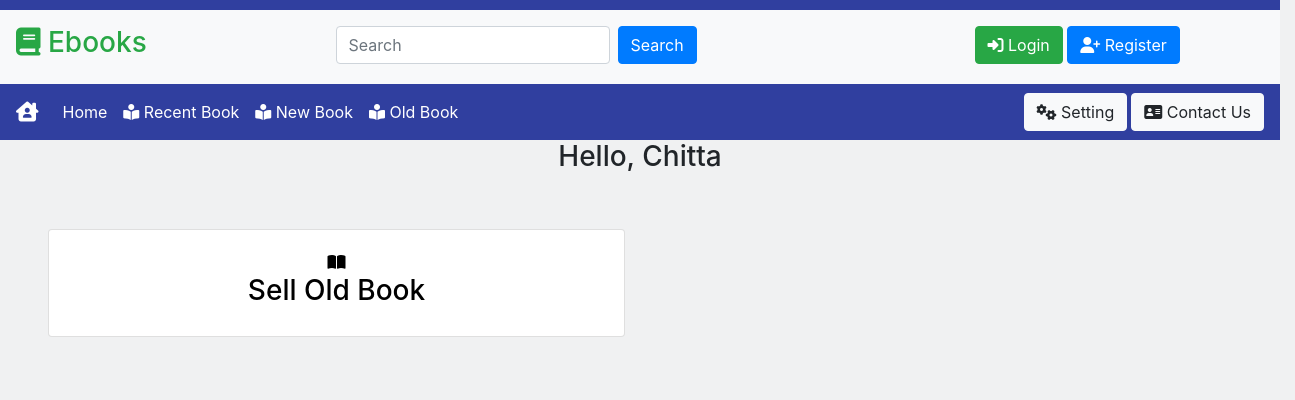
Repository: chittaranjan24/E-Books_Management_System
Page: http://localhost/Ebook-App/setting.jsp
These files come from the project's save history. The page is drawn as it stood at one moment and after the next save; the edit follows.
The browser window is 1280 px wide. The page is 1295 px wide, so the pictures cover 1295 px, including what lies to the right of the window. The pictures show the whole page.
Some web libraries are served in a nearby version. The page is served by Tomcat 9. Other server files are loaded and not shown.

Above is the page before, as saved 2023-08-31 09:56:42.

### Ebook-App/src/main/webapp/setting.jsp
<%@ page language="java" contentType="text/html; charset=ISO-8859-1"
	pageEncoding="ISO-8859-1"%>
<!DOCTYPE html>
<html>
<head>
<meta charset="ISO-8859-1">
<title>Setting</title>
<%@include file="all_component/allCss.jsp"%>

<style type="text/css">
a{
text-decoration: none;
color:black;
}
a:hover{
text-decoration :none;
}
</style>

</head>
<body style="background-color: #f0f1f2;">
	<%@include file="all_component/navbar.jsp"%>

	<div class="comtainer">
		<h3 class="text-center">Hello, Chitta</h3>
		<div class="row p-5">
			<div class="col-md-6">
				<a href="">
					<div class="card">
						<div class="card-body text-center">
							<i class="fas fa-book-open"></i>
							<h3>Sell Old Book</h3>
						</div>
					</div>
				</a>
			</div>
		</div>
	</div>

</body>
</html>

### Ebook-App/src/main/webapp/all_component/allCss.jsp
<link rel="stylesheet"
	href="https://cdn.jsdelivr.net/npm/bootstrap@4.0.0/dist/css/bootstrap.min.css"
	integrity="sha384-Gn5384xqQ1aoWXA+058RXPxPg6fy4IWvTNh0E263XmFcJlSAwiGgFAW/dAiS6JXm"
	crossorigin="anonymous">


<script src="https://code.jquery.com/jquery-3.2.1.slim.min.js"
	integrity="sha384-KJ3o2DKtIkvYIK3UENzmM7KCkRr/rE9/Qpg6aAZGJwFDMVNA/GpGFF93hXpG5KkN"
	crossorigin="anonymous"></script>
<script
	src="https://cdn.jsdelivr.net/npm/popper.js@1.12.9/dist/umd/popper.min.js"
	integrity="sha384-ApNbgh9B+Y1QKtv3Rn7W3mgPxhU9K/ScQsAP7hUibX39j7fakFPskvXusvfa0b4Q"
	crossorigin="anonymous"></script>
<script
	src="https://cdn.jsdelivr.net/npm/bootstrap@4.0.0/dist/js/bootstrap.min.js"
	integrity="sha384-JZR6Spejh4U02d8jOt6vLEHfe/JQGiRRSQQxSfFWpi1MquVdAyjUar5+76PVCmYl"
	crossorigin="anonymous"></script>


<link rel="stylesheet"
	href="https://cdnjs.cloudflare.com/ajax/libs/font-awesome/6.4.2/css/all.min.css"
	integrity="sha512-z3gLpd7yknf1YoNbCzqRKc4qyor8gaKU1qmn+CShxbuBusANI9QpRohGBreCFkKxLhei6S9CQXFEbbKuqLg0DA=="
	crossorigin="anonymous" referrerpolicy="no-referrer" />


<link rel="stylesheet" href="all_component/style.css">

### Ebook-App/src/main/webapp/all_component/navbar.jsp
<%@ taglib prefix="c" uri="http://java.sun.com/jsp/jstl/core"%>
<%@page isELIgnored="false" %>

<div class="container-fluid"
	style="height: 10px; background-color: #303f9f"></div>

<div class="container-fluid p-3 bg-light">
	<div class="row">
		<div class="col-md-3 text-success">
			<h3>
				<i class="fa-solid fa-book"></i> Ebooks
			</h3>
		</div>
		<div class="col-md-6">
			<form class="form-inline my-2 my-lg-0" action="search.jsp" method="post">
				<input class="form-control mr-sm-2" type="search" name="ch"
					placeholder="Search" aria-label="Search">
				<button class="btn btn-primary my-2 my-sm-0" type="submit">Search</button>
			</form>
		</div>

		<c:if test="${not empty userobj }">

		<div class="col-md-3">

		<a href="checkout.jsp"><i class="fa-solid fa-cart-arrow-down fa-2x"></i></a>

			<button class="btn btn-success">
			<i class="fa-solid fa-circle-user"></i> ${userobj.name}</button>

			<a href="logout" class="btn btn-primary text-white">
			<i class="fa-solid fa-power-off"></i> Logout</a>
		</div>

		</c:if>

		<c:if test="${empty userobj }">

		<div class="col-md-3">
			<a href="login.jsp" class="btn btn-success"><i
				class="fa-solid fa-right-to-bracket"></i> Login</a> <a
				href="register.jsp" class="btn btn-primary text-white"><i
				class="fa-solid fa-user-plus"></i> Register</a>
		</div>

		</c:if>


	</div>
</div>


<nav class="navbar navbar-expand-lg navbar-dark bg-custom">
	<a class="navbar-brand" href="index.jsp"> <i
		class="fa-solid fa-house-chimney-user"></i>
	</a>
	<button class="navbar-toggler" type="button" data-toggle="collapse"
		data-target="#navbarSupportedContent"
		aria-controls="navbarSupportedContent" aria-expanded="false"
		aria-label="Toggle navigation">
		<span class="navbar-toggler-icon"></span>
	</button>

	<div class="collapse navbar-collapse" id="navbarSupportedContent">
		<ul class="navbar-nav mr-auto">
			<li class="nav-item active"><a class="nav-link" href="index.jsp">Home
					<span class="sr-only">(current)</span>
			</a></li>
			<li class="nav-item active"><a class="nav-link" href="all_recent_book.jsp"> <i
					class="fa-solid fa-book-open-reader"></i> Recent Book
			</a></li>
			<li class="nav-item active"><a class="nav-link" href="all_new_book.jsp"> <i
					class="fa-solid fa-book-open-reader"></i> New Book
			</a></li>

			<li class="nav-item active"><a class="nav-link disabled"
				href="all_old_book.jsp"> <i class="fa-solid fa-book-open-reader"></i> Old Book
			</a></li>
		</ul>
		<form class="form-inline my-2 my-lg-0">

			<a href="setting.jsp" class="btn btn-light my-2 my-sm-0" type="submit">
				<i class="fa-solid fa-gears"></i> Setting
			</a>
			<a href="helpline.jsp" class="btn btn-light my-2 my-sm-0 ml-1" type="submit">
				<i class="fa-solid fa-address-card"></i> Contact Us
			</a>

		</form>
	</div>
</nav>

### Ebook-App/src/main/webapp/all_component/style.css
.bg-custom{
	background-color: #303f9f;
}

.navbar .nav-item:hover .nav-link {
	background-color: white;
	color: #303f9f;
	border-radius: 15px;
}

After the next save:
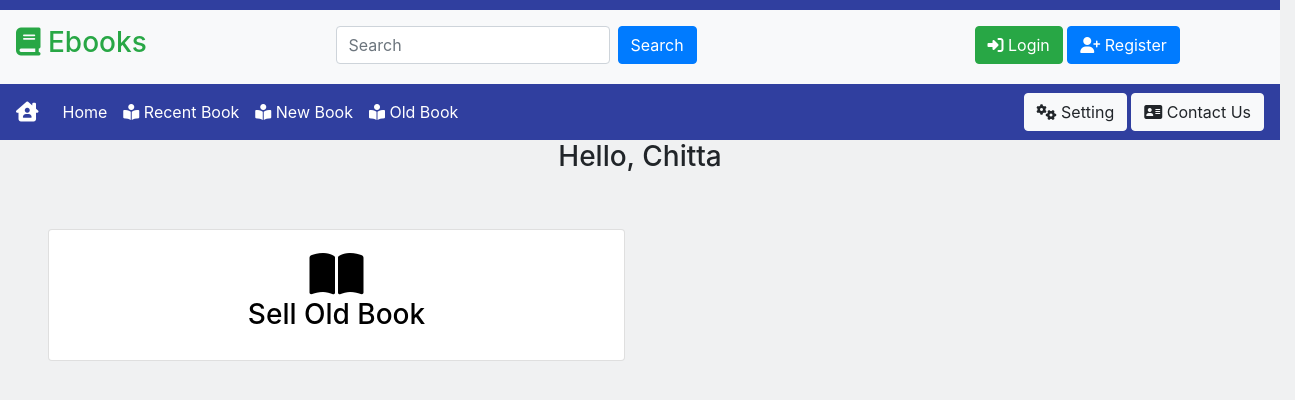
Saved 61 s later.
--- a/Ebook-App/src/main/webapp/setting.jsp
+++ b/Ebook-App/src/main/webapp/setting.jsp
@@ -28,7 +28,7 @@
 				<a href="">
 					<div class="card">
 						<div class="card-body text-center">
-							<i class="fas fa-book-open"></i>
+							<div><i class="fas fa-book-open fa-3x"></i></div>
 							<h3>Sell Old Book</h3>
 						</div>
 					</div>
